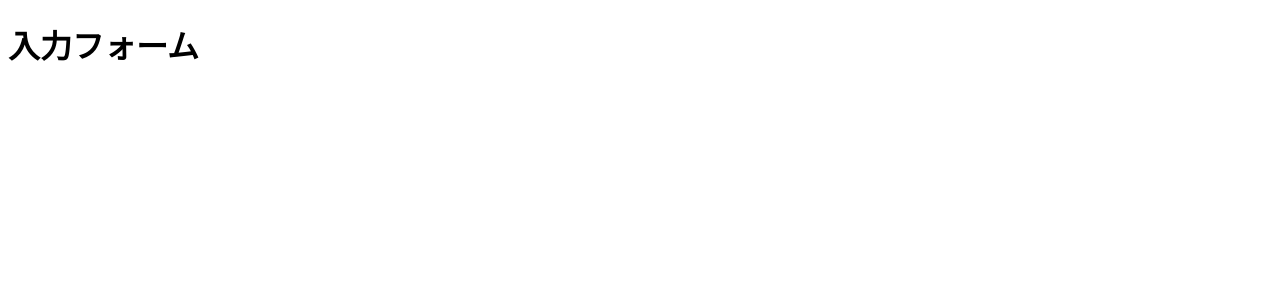
Repository: tt-nk/form-app
Page: http://localhost/signup
An editor plug-in stored every save of this project. The page is shown before and after the next save, followed by the edit.
The browser window is 1280 px wide. The pictures show the whole page.
The page is served by the project's application, run on Flask 3 (app.py).

Above is the page before, as saved 2021-12-14 15:27:00.

After the next save:
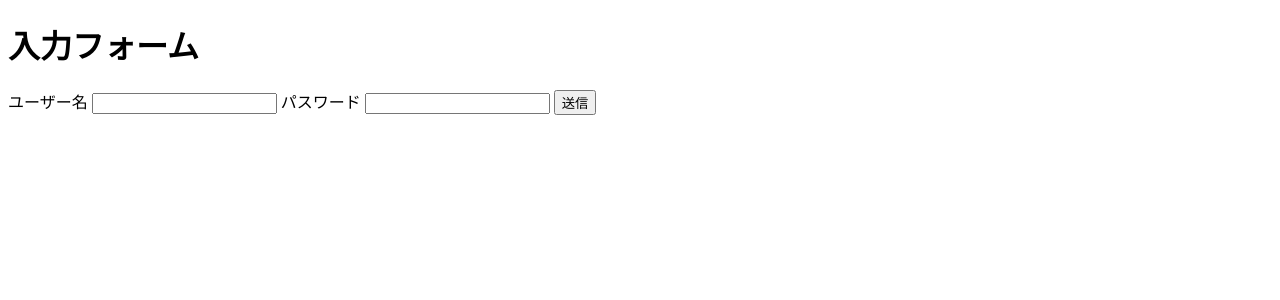
Saved 35 s later.
--- a/templates/form.html
+++ b/templates/form.html
@@ -12,6 +12,11 @@
     <h1>入力フォーム</h1>
     <form method="POST" action="{{url_for('form')}}">
         {{form.csrf_token}}
+        {{ form.username.label }}
+        {{ form.username }}
+        {{ form.password.label }}
+        {{ form.password }}
+        <input type="submit" value="送信">
     </form>
 
 </body>
